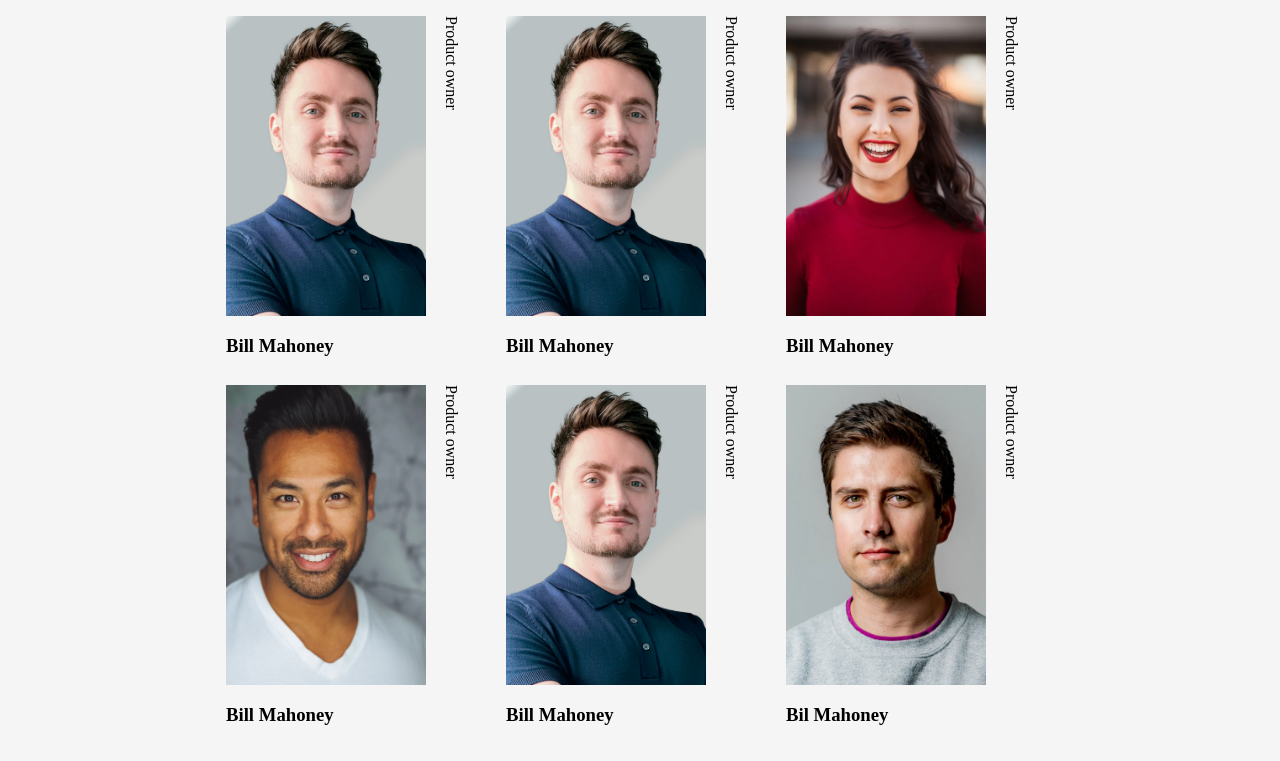
Repository: georgisenze/my-team-page-challeng
Page: index.html
An editor plug-in stored every save of this project. The page is shown before and after a run of saves, followed by the edit.
The browser window is 1280 px wide. The pictures show the whole page.

Above is the page before, as saved 2023-02-22 22:20:13.

After the next 3 saves:
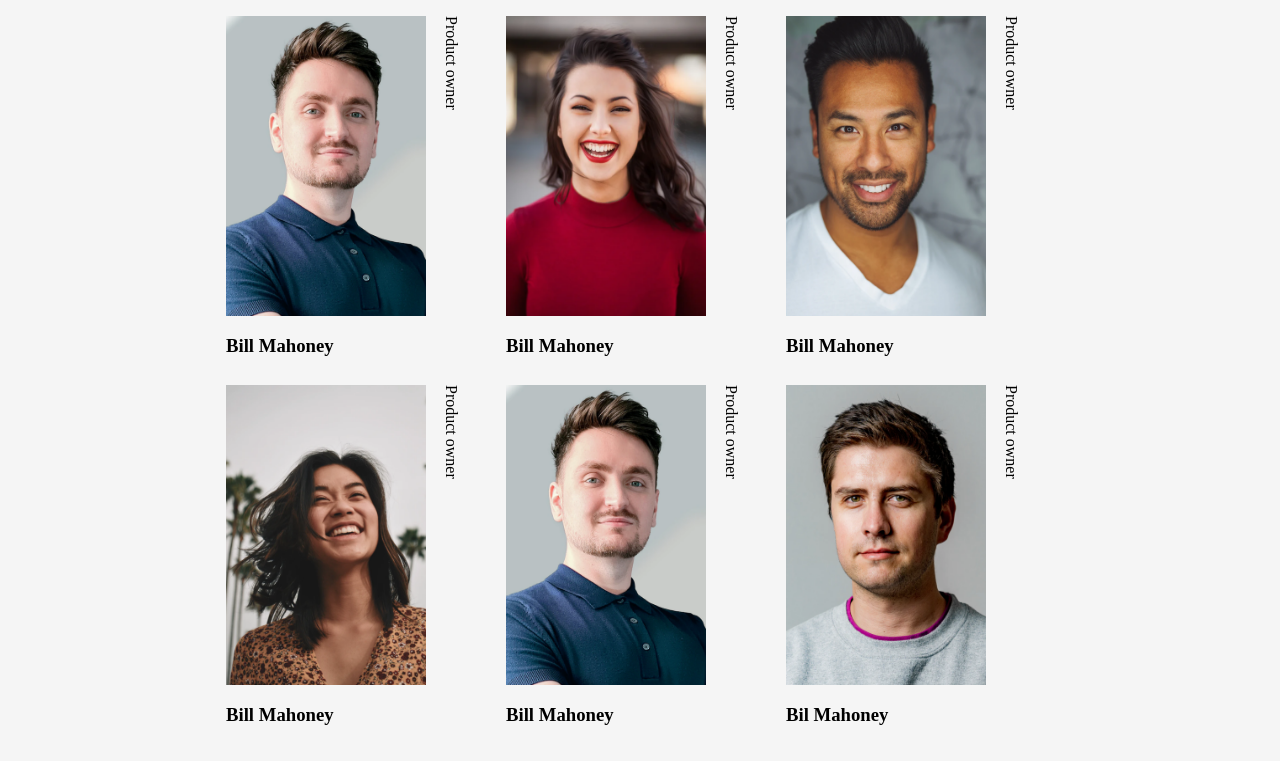
The 3 saves are shown as one change because they came seconds apart.
The last was saved 17 s later.
--- a/index.html
+++ b/index.html
@@ -10,13 +10,6 @@
 </head>
 <body>
      <div class="container" id="container">
-        <div class="box">
-            <span>
-                <img src="assets/img/photo1.png" alt="">
-                <p>Product owner</p>
-            </span>
-            <h3>Bill Mahoney</h3>
-        </div>
         <div class="box">
             <span>
                 <img src="assets/img/photo1.png" alt="">
@@ -40,6 +33,13 @@
         </div>
         <div class="box">
             <span>
+                <img src="assets/img/photo4.png" alt="">
+                <p>Product owner</p>
+            </span>
+            <h3>Bill Mahoney</h3>
+        </div>
+        <div class="box">
+            <span>
                 <img src="assets/img/photo1.png" alt="">
                 <p>Product owner</p>
             </span>
